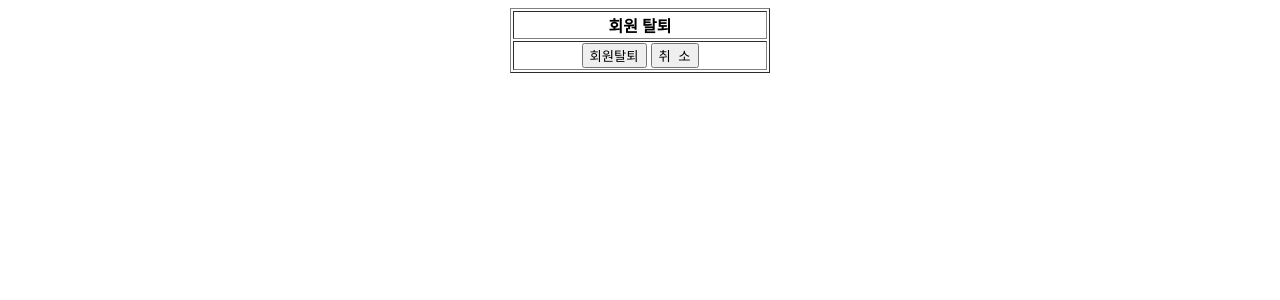
Repository: JIYEON25/model
Page: http://localhost/myWeb/memberone/deleteForm.jsp
An editor plug-in stored every save of this project. The page is shown before and after the next save, followed by the edit.
The browser window is 1280 px wide. The pictures show the whole page.
The page is served by Tomcat 9.

Above is the page before, as saved 2023-09-17 09:56:06.
Console error: TypeError: Cannot read properties of undefined (reading 'focus')

After the next save:
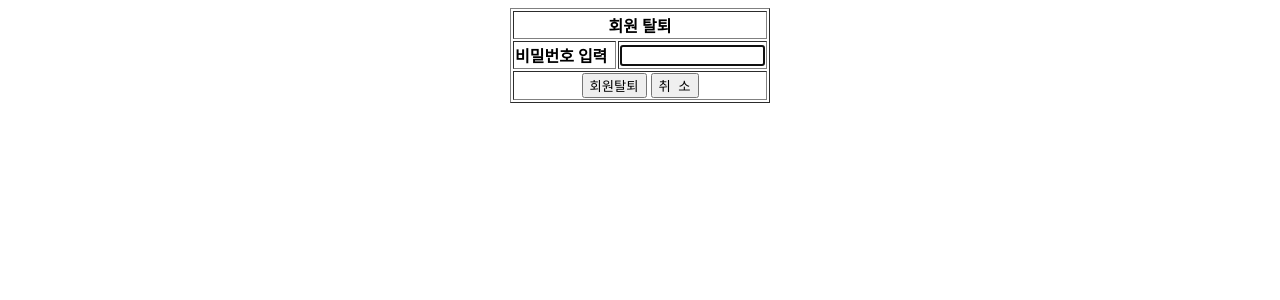
The error is gone.
Saved 2 min 16 s later.
--- a/model1/myJSP/myWeb/src/main/webapp/memberone/deleteForm.jsp
+++ b/model1/myJSP/myWeb/src/main/webapp/memberone/deleteForm.jsp
@@ -27,6 +27,11 @@
 				</td>
 			</tr>
 			<tr>
+				<td width="150"><b>비밀번호 입력</b></td>
+				<td width="110">
+					<input type="password" name="pass" size="15"></td>
+			</tr>
+			<tr>
 				<td colspan="2" align="center">
 					<input type="submit" value="회원탈퇴">
 					<input type="button" value="취  소" onClick="javascript:window.location='login.jsp'">
